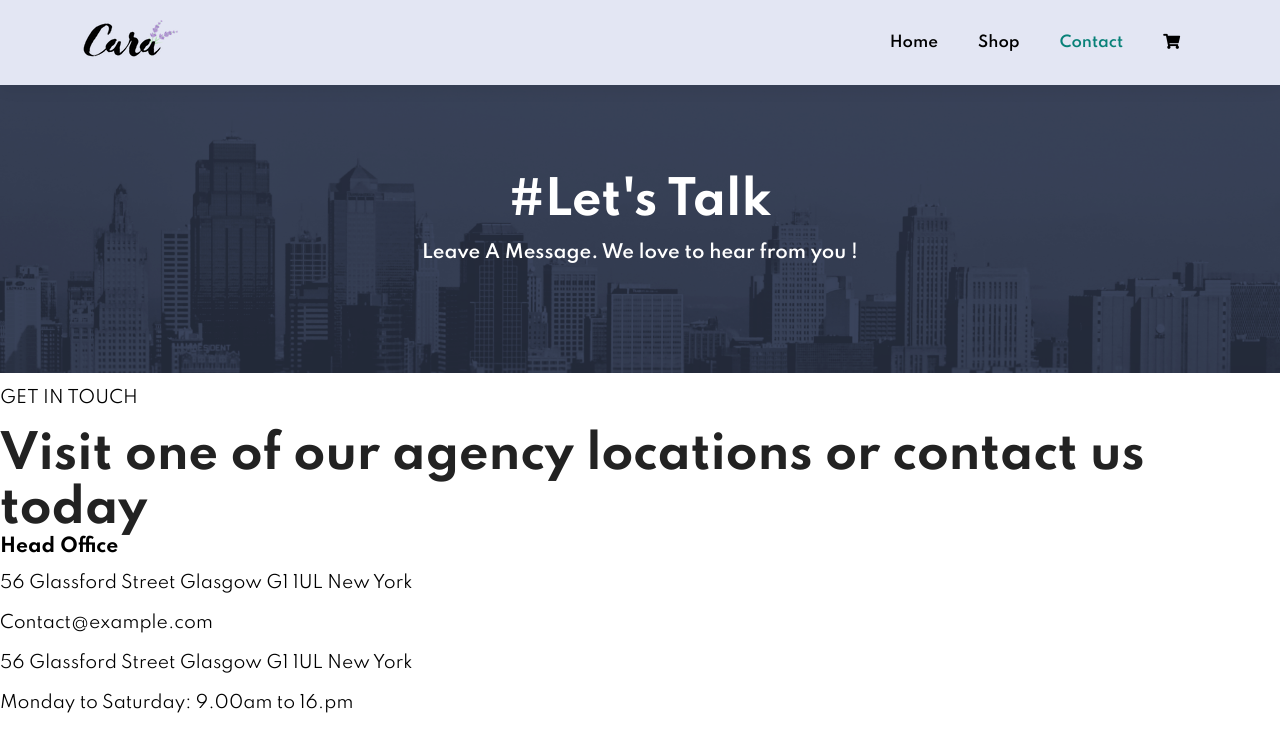
Repository: Daryllgio/E-Commerce-Website-UI
Page: contact.html
An editor plug-in stored every save of this project. The page is shown before and after the next save, followed by the edit.
The browser window is 1280 px wide. The pictures show the whole page.
Some web libraries are served in a nearby version.

Above is the page before, as saved 2025-01-01 22:53:48.

### contact.html
<!DOCTYPE html>
<html lang="en">

<head>
    <meta charset="UTF-8">
    <meta http-equiv="X-UA-Compatible" content="IE=edge">
    <meta name="viewport" content="width=device-width, initial-scale=1.0">
    <title>Document</title>

    <link rel="stylesheet" href="https://pro.fontawesome.com/releases/v5.10.0/css/all.css" />

    <link rel="stylesheet" href="style.css">
</head>

<body>
    <section id="header">
        <a href="#"><img src="img/logo.png" id="logo" class="logo" alt=""></a>

        <div>
            <ul id="navbar">
                <li>
                    <a href="index.html">Home</a>
                </li>
                <li>
                    <a href="shop.html">Shop</a>
                </li>
                <li>
                    <a class="active" href="contact.html">Contact</a>
                </li>
                <li>
                    <a href="cart.html"><i class="fa fa-shopping-cart" aria-hidden="true"></i></a>
                </li>

            </ul>
        </div>
    </section>
    <section id="ContactPageheader" class="section-p1">
        <h2>#Let's Talk</h2>
        <p>Leave A Message. We love to hear from you !</p>
    </section>
    <section id="ContactDetail">
        <div>
            <p>
                GET IN TOUCH
            </p>
            <h2>
                Visit one of our agency locations or contact us today
            </h2>
            <h3>
                Head Office
            </h3>
            <div>
                <p>
                    56 Glassford Street Glasgow G1 1UL New York
                </p>
            </div>
            <div>
                <p>
                    Contact@example.com
                </p>
            </div>
            <div>
                <p>
                    56 Glassford Street Glasgow G1 1UL New York
                </p>
            </div>
            <div>
                <p>
                    Monday to Saturday: 9.00am to 16.pm
                </p>
            </div>
        </div>
    </section>


    <script src="script.js"></script>

</body>

</html>

### style.css
@import url("https://fonts.googleapis.com/css2?family=Spartan:wght@100;200;300;400;500;600;700;800;900&display=swap");

* {
  margin: 0;
  padding: 0;
  box-sizing: border-box;
  font-family: "Spartan", sans-serif;
}

html {
  scroll-behavior: smooth;
}

/* Global Styles */

h1 {
  font-size: 50px;
  line-height: 64px;
  color: #222;
}

h2 {
  font-size: 46px;
  line-height: 54px;
  color: #222;
}

h4 {
  font-size: 20px;
  color: #222;
}

h6 {
  font-weight: 700;
  font-size: 12px;
}

p {
  font-size: 16px;
  color: #465b52;
  margin: 15px 0 20px 0;
}

.section-p1 {
  padding: 40px 80px;
}

.section-m1 {
  margin: 40px 0;
}

button.normal {
  font-size: 14px;
  font-weight: 400;
  padding: 15px 20px;
  border-radius: 5px;
  cursor: pointer;
  border: none;
  outline: none;
  transition: 0.3s;
}

body {
  width: 100%;
}

#header {
  display: flex;
  align-items: center;
  justify-content: space-between;
  padding: 20px 80px;
  background: #E3E6F3;
  box-shadow: 0 5px 15px rgba(0, 0, 0, 0.06);
  position: sticky;
  top: 0;
  left: 0;

}



#navbar {
  display: flex;
  align-items: center;
  justify-content: center;
}

#navbar li {
  list-style: none;
  padding: 0px 20px;
}

#navbar li a {
  text-decoration: none;
  font-size: 15px;
  font-weight: 600;
  color: #000;
  transition: 0.3s ease;
}

#navbar li a:hover,
#navbar li a.active {
  color: #088178;
}

#HomeHeaderContent {
  background-image: url("img/hero4.png");
  height: 90vh;
  width: 100%;
  background-size: cover;
  background-position: top 25% right 0;
  padding: 0 80px;
  align-items: flex-start;
  display: flex;
  flex-direction: column;
  justify-content: center;
}

#HomeHeaderContent h4 {
  margin-bottom: 10px;
}

#HomeHeaderContent h1 {
  color: #088178;
}

#HomeHeaderContent button {
  color: #088178;
  background-image: url("img/button.png");
  font-size: 15px;
  font-weight: 600;
  background-color: transparent;
  border: 0;
  padding: 14px 80px 14px 65px;
  background-repeat: no-repeat;
  cursor: pointer;
}

#Features {
  display: flex;
  justify-content: space-between;
}

#Features .fe-box {
  width: 200px;
  text-align: center;
  padding: 35px 25px;
  border: 1px solid #cce7d0;
  box-shadow: 20px 20px 34px rgba(0, 0, 0, 0.03);
  border-radius: 10px;
}

#Features .fe-box:hover {
  box-shadow: 10px 10px 54px rgba(0, 0, 0, 0.1);
}

#Features .fe-box img {
  margin-bottom: 10px;
}

#Features .fe-box h6 {
  font-size: 13px;
  display: inline-block;
  line-height: 1;
  border-radius: 4px;
  color: #088178;
  background-color: #fddde4;
  padding: 9px 8px 6px 8px;
}

#Features .fe-box:nth-child(2) h6 {
  background-color: #cdebbc;
}

#Features .fe-box:nth-child(3) h6 {
  background-color: #d1e8f2;
}

#Features .fe-box:nth-child(4) h6 {
  background-color: #cdd4f8;
}

#Features .fe-box:nth-child(5) h6 {
  background-color: #f6dbf6;
}

#Features .fe-box:nth-child(6) h6 {
  background-color: #fff2e5;
}

#product1 {
  text-align: center;
}

#product1 .pro {
  width: 23%;
  min-width: 250px;
  padding: 10px 25px;
  border: 1px solid #f0f0f0;
  border-radius: 20px;
  cursor: pointer;
  box-shadow: 20px 20px 30px rgba(0, 0, 0, 0.02);
  transition: 0.3s ease;
}

#product1 .pro:hover {
  box-shadow: 20px 20px 30px rgba(0, 0, 0, 0.06);

}

#product1 .pro img {
  width: 100%;
  border-radius: 20px;
}

#product1 .pro .des {
  text-align: start;
  padding: 10px 0;
}

#product1 .pro .des span {
  color: #606063;
  font-size: 12px;
}

#product1 .pro .des h5 {
  color: #1a1a1a;
  font-size: 14px;
  padding-top: 7px;
}

#product1 .pro .des .fa-star {
  color: rgb(243, 181, 25);
  font-size: 12px;
}

#product1 .pro .des h4 {
  font-size: 16px;
  padding-top: 7px;
  font-weight: 700;
  color: #088178;

}

#product1 .pro .Shop {
  display: flex;
  justify-content: space-between;
}

#product1 .pro .des .fa-shopping-cart {
  width: 40px;
  height: 40px;
  line-height: 40px;
  border-radius: 50px;
  font-size: 17px;
  background-color: #e8f6ea;
  font-weight: 500;
  color: #088178;
  border: 1px solid #cce7d0;
  text-align: center;
}

#product1 .pro-container {
  display: flex;
  justify-content: space-between;
  padding: 20px;
  flex-wrap: wrap;
}


#banner {
  background-image: url("img/banner/b2.jpg");
  height: 40vh;
  width: 100%;
  background-size: cover;
  background-position: top 25% right 0;
  padding: 0 80px;
  text-align: center;
  display: flex;
  flex-direction: column;
  align-items: center;
  justify-content: center;
}

#banner p {
  font-size: 15px;
  margin-bottom: 15px;
  font-weight: 400;
  color: #ffffff;
}

#banner h2 {
  color: #fff;
  margin-bottom: 15px;
}

#banner span {
  color: red;
}

#banner button:hover {
  color: #fff;
  background-color: #088178;
}



#sm-banner {
  display: flex;
  justify-content: space-between;
  flex-wrap: wrap;
  margin-bottom: 10px;
}

#sm-banner .banner-box {
  background-image: url("img/banner/b17.jpg");
  height: 50vh;
  min-width: 620px;
  background-size: cover;
  padding: 0 20px;
  display: flex;
  flex-direction: column;
  align-items: flex-start;
  justify-content: center;

}

#sm-banner .banner-box:nth-child(2) {
  background-image: url("img/banner/b10.jpg");
}

#sm-banner p {
  font-size: 20px;
  color: #fff;
}

#sm-banner h2 {
  color: #fff;
}

#sm-banner span {
  font-size: 17px;
  color: #fff;
  margin-top: 15px;
}

#sm-banner button {
  margin-top: 25px;
  background-color: transparent;
  color: #fff;
  border: 1px solid #fff;
  transition: 0.3s ease;

}

#sm-banner button:hover {
  border: 0;
  background-color: #088178;
}




#sm-banner2 {
  display: flex;
  justify-content: space-between;
}

#sm-banner2 .banner-box {
  background-image: url("img/banner/b7.jpg");
  height: 30vh;
  width: 420px;
  background-size: cover;
  padding: 0 20px;
  display: flex;
  flex-direction: column;
  align-items: flex-start;
  justify-content: center;
  overflow: hidden;

}

#sm-banner2 .banner-box:nth-child(2) {
  background-image: url("img/banner/b4.jpg");
}

#sm-banner2 .banner-box:nth-child(3) {
  background-image: url("img/banner/b18.jpg");
}

#sm-banner2 h3 {
  font-size: 28px;
  color: #fff;
}

#sm-banner2 span {
  font-size: 17px;
  color: #fff;
  font-weight: 600;
  margin-top: 15px;
}

#sm-NewsLetter {
  background-image: url("img/banner/b14.png");
  background-repeat: no-repeat;
  height: 20vh;
  width: 100%;
  background-size: cover;
  background-position: top 25% right 30%;
  background-color: #041e42;
}

#sm-NewsLetter .Newsletters-Container {
  justify-content: space-between;
  padding: 0 10px;
  display: flex;
  flex-direction: row;
  align-items: center;
}

#sm-NewsLetter .Newsletters-Container h3 {
  color: #fff;
  font-size: 24px;
}

#sm-NewsLetter .Newsletters-Container p {
  color: #fff;
}

#sm-NewsLetter .Newsletters-Container span {
  color: rgb(243, 181, 25);
}

#sm-NewsLetter .Newsletters-Input {
  display: flex;
}

#sm-NewsLetter input {
  width: 400px;
  border: 0;
  border-radius: 5px;
  border-top-right-radius: 0;
  border-bottom-right-radius: 0;
  height: 55px;
  padding-left: 30px;
  font-size: 16px;
}

#sm-NewsLetter button {
  width: 150px;
  height: 55px;
  font-size: 16px;
  color: #fff;
  background-color: #088178;
  border: 0;
  border-radius: 5px;
  border-top-left-radius: 0;
  border-bottom-left-radius: 0;
}

#Footer {
  display: flex;
  flex-direction: row;
  justify-content: space-between;
}

#Footer .Footer-box {
  display: flex;
  flex-direction: column;
}

#Footer a {
  margin-bottom: 10px;
  text-decoration: none;
  color: #000;
}



#Footer h3 {
  margin-bottom: 10px;
}

#Footer .Social-Icons {
  display: flex;
  flex-direction: row;
  align-items: center;
}

#Footer i {
  margin-right: 10px;
}

#Footer span {
  font-weight: 600;
}

#Footer p {
  margin-bottom: 10px;
}

#Footer .pay {
  border: 1px solid #088178;
  border-radius: 10px;
}

#copyright p {
  text-align: center;
  font-size: 17px;
  font-weight: 400;
}

#ShopPageheader {
  background-image: url("img/banner/b1.jpg");
  height: 40vh;
  width: 100%;
  background-size: cover;
  background-position: top 25% right 0;
  padding: 0 80px;
  text-align: center;
  display: flex;
  flex-direction: column;
  align-items: center;
  justify-content: center;
}

#ShopPageheader h2 {
  color: #fff;
}

#ShopPageheader p {
  color: #fff;
  font-size: 18px;
  font-weight: 600;
}

#ShopPagePagination {
  display: flex;
  align-items: center;
  justify-content: center;
  margin-bottom: 20px;
}

#ShopPagePagination a {
  padding: 20px 25px;
  align-items: center;
  text-align: center;
  background-color: #088178;
  font-size: 15px;
  font-weight: 600;
  border: 0;
  text-decoration: none;
  border-radius: 10px;
  margin-right: 10px;
  color: #fff;
}

#ShopPagePagination a i {
  font-size: 18px;
}

.dropdown-content {
  display: none;
  position: absolute;
  background-color: #f9f9f9;
  min-width: 160px;
  box-shadow: 0px 8px 16px rgba(0, 0, 0, 0.2);
  z-index: 1;
}

.dropdown-content a {
  color: black;
  padding: 12px 16px;
  text-decoration: none;
  display: block;
}

.dropdown-content a:hover {
  background-color: #f1f1f1;
}

#Product-Detail-Container {
  display: flex;
  padding: 0 80px;
  margin-top: 30px;
}

#Product-Detail-Container .OptionContainer {
  display: flex;
  align-items: center;
  flex-direction: column;
  margin-right: 30px;
}

#Product-Detail-Container .OptionSubContainer {
  display: flex;
  justify-content: flex-start;
}



#MainImg {
  width: 590px;
  height: 60vh;
  margin-bottom: 10px;
}

#Product-Detail-Container .option {
  width: 140px;
  height: 20vh;
  margin-right: 10px;
  cursor: pointer;
}

#Product-Detail-Container .Product-Category {
  margin-bottom: 20px;
}

#Product-Detail-Container .Product-Price {
  margin-bottom: 20px;
}

#Product-Detail-Container .dropdown-btn {
  padding: 12px 25px;
  border: 1px solid;
  border-radius: 5px;
  background-color: transparent;
}

#Product-Detail-Container .Product-Num-Container {
  display: flex;
  align-items: center;
  margin-top: 10px;
  margin-bottom: 50px;
}

#Product-Detail-Container .Size-btn {
  padding: 12px 25px;
  border: 1px solid;
  border-radius: 5px;
  text-align: center;
  margin-right: 10px;
  background-color: #fff;
}

#Product-Detail-Container .AddToCart-btn {
  padding: 16px 25px;
  border: 0;
  border-radius: 7px;
  text-align: center;
  background-color: #088178;
  color: #fff;
  font-size: 15px;
  font-weight: 600;
}


#Product-Detail-Container .Product-Detail-Header {
  color: #000;
  font-size: 22px;
  font-weight: 600;
}

#Product-Detail-Container .Product-Details {
  color: #000;
  line-height: 25px;
}

#ContactPageheader {
  background-image: url("img/about/banner.png");
  height: 40vh;
  width: 100%;
  background-size: cover;
  background-position: top 25% right 0;
  padding: 0 80px;
  text-align: center;
  display: flex;
  flex-direction: column;
  align-items: center;
  justify-content: center;
}

#ContactPageheader h2 {
  color: #fff;
}

#ContactPageheader p {
  color: #fff;
  font-size: 18px;
  font-weight: 600;
}

#ContactDetail p {
  color: #000;
  font-size: 17px;
}

### script.js
// Script for navigation bar
function toggleDropdown(dropdownId) {
    const dropdown = document.getElementById(dropdownId);
    const isOpen = dropdown.style.display === "block";
    closeAllDropdowns(); // Close any other open dropdowns
    dropdown.style.display = isOpen ? "none" : "block";
}

function closeAllDropdowns() {
    const dropdowns = document.querySelectorAll(".dropdown-content");
    dropdowns.forEach(dropdown => {
        dropdown.style.display = "none";
    });
}

function updateButtonText(dropdownId, selectedItem) {
    const dropdown = document.getElementById(dropdownId);
    const button = dropdown.previousElementSibling; // Select the button associated with the dropdown
    button.textContent = selectedItem.textContent; // Update button text with the selected item's text
    dropdown.style.display = "none"; // Close the dropdown after selection
}

// Close dropdowns when clicking outside
document.addEventListener("click", function (event) {
    if (!event.target.matches(".dropdown-btn") && !event.target.matches(".Size-btn")) {
        closeAllDropdowns();
    }
});

After the next save:
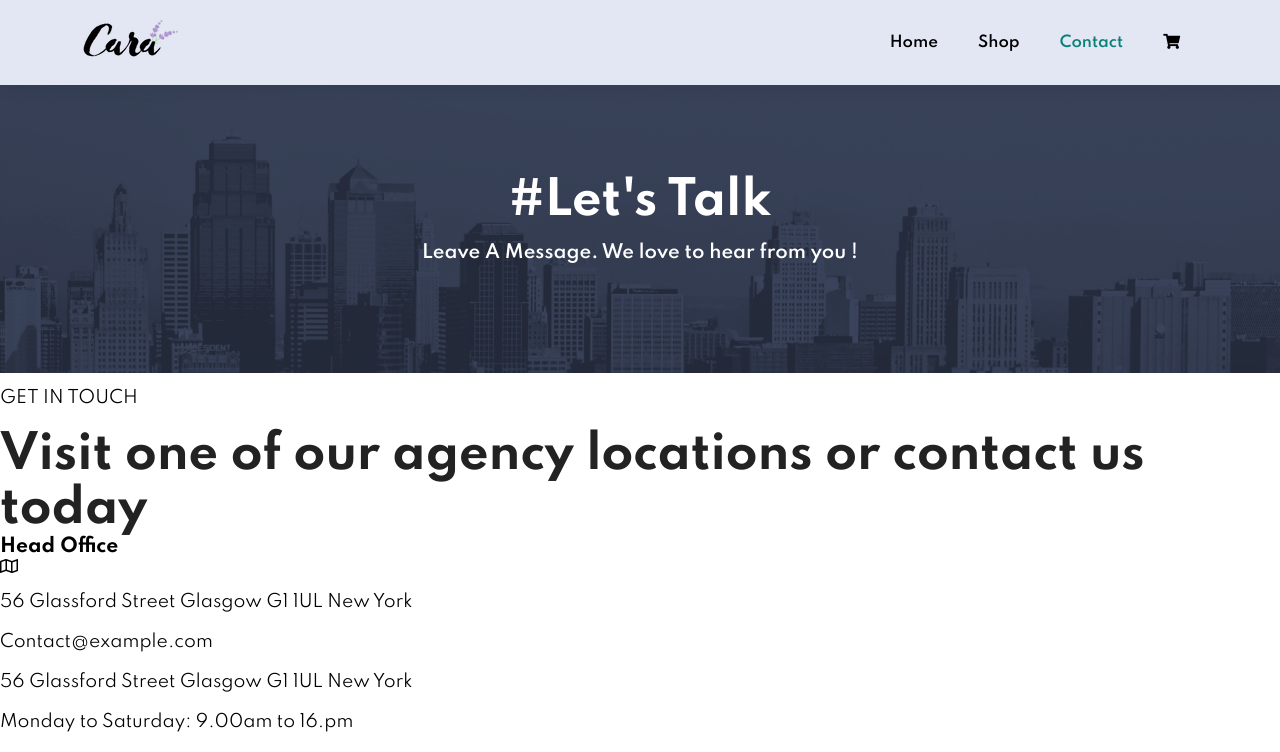
Saved 117 s later.
--- a/contact.html
+++ b/contact.html
@@ -50,6 +50,7 @@
                 Head Office
             </h3>
             <div>
+                <i class="far fa-map"></i>
                 <p>
                     56 Glassford Street Glasgow G1 1UL New York
                 </p>
